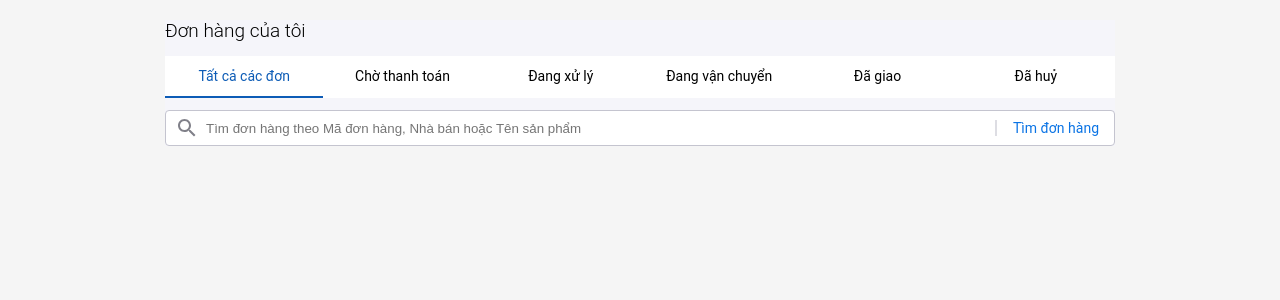
Repository: baopham2-tiki/tiki-order-listing
Page: /oderApp
These files come from the project's save history. The page is drawn as it stood at one moment and after the next save; the edit follows.
The browser window is 1280 px wide. The pictures show the whole page.
The project was rebuilt for these pictures with package versions that can differ from the ones it lists, and the page was loaded fresh each time. The framework's server and built-in components were replaced by stand-ins that run in the browser. Also part of the build but not shown: next.config.js.

Above is the page before, as saved 2022-11-10 09:06:57.

### pages/_app.tsx
import '../styles/globals.css'
import type { AppProps } from 'next/app'
import { store } from '../store'
import { Provider } from 'react-redux'

export default function App({ Component, pageProps }: AppProps) {
  return (
    <Provider store={store}>
      <Component {...pageProps} />
    </Provider>
  )
}

### pages/oderApp.tsx
import React, { useEffect } from 'react'
import styled from 'styled-components'
import OderList from '../components/OderList'

const StyledOrderApp = styled.div`
  max-width: 950px;
  margin: 0 auto;
  background-color: #f5f5fa;
`
const Heading = styled.div`
  font-size: 19px;
  line-height: 21px;
  font-weight: 300;
  margin: 20px 0px 15px;
`
const StyledTabs = styled.div`
  cursor: pointer;
  background: rgb(255, 255, 255);
  width: 100%;
  display: flex;
  flex-direction: row;
  overflow: hidden;
  position: sticky;
  top: 0px;
  z-index: 10;
  .tab-pend {
    width: 16.6667%;
    padding: 12px 0px;
    text-align: center;
  }
  .tab-pend.active {
    border-bottom: 2px solid rgb(13, 92, 182);
    color: rgb(13, 92, 182);
  }
`

const StyledInput = styled.div`
  width: 100%;
  position: relative;
  margin: 12px 0px;
  .icon-left {
    position: absolute;
    left: 10px;
    top: 50%;
    transform: translateY(-50%);
    width: 24px;
    height: 24px;
  }
  .input {
    padding-left: 40px !important;
    transition: border-color 0.15s ease-in-out 0s, box-shadow 0.15s ease-in-out 0s,
      -webkit-box-shadow 0.15s ease-in-out 0s;
    height: 36px;
    width: 100%;
    border-radius: 4px;
    padding: 10px 12px;
    line-height: 20px;
    outline: none;
    flex: 1 1 0%;
    border: 1px solid rgb(196, 196, 207);
  }
  .search-right {
    position: absolute;
    right: 10px;
    top: 50%;
    transform: translateY(-50%);
    color: rgb(11, 116, 229);
    padding: 0px 6px 0px 16px;
    border-left: 2px solid rgb(221, 221, 227);
    cursor: pointer;
  }
`
export default function oderApp() {
  const [activeTab, setActiveTab] = React.useState(0)
  const [search, setSearch] = React.useState('')

  useEffect(() => {
    const activeTabs = document.querySelectorAll('.tab-pend')
    console.log(activeTabs)

    activeTabs.forEach((tab) => {
      tab.addEventListener('click', () => {
        activeTabs.forEach((styledOderTabs) => {
          styledOderTabs.classList.remove('active')
        })
        tab.classList.add('active')
      })
    })
  }, [])

  return (
    <StyledOrderApp>
      <Heading>Đơn hàng của tôi</Heading>
      <StyledTabs>
        <div className="tab-pend active">Tất cả các đơn</div>
        <div className="tab-pend">Chờ thanh toán</div>
        <div className="tab-pend">Đang xử lý</div>
        <div className="tab-pend">Đang vận chuyển</div>
        <div className="tab-pend">Đã giao</div>
        <div className="tab-pend">Đã huỷ</div>
      </StyledTabs>
      <StyledInput>
        <svg
          stroke="currentColor"
          fill="currentColor"
          stroke-width="0"
          viewBox="0 0 24 24"
          color="#808089"
          className="icon-left"
          height="1em"
          width="1em"
          xmlns="http://www.w3.org/2000/svg"
        >
          <path d="M15.5 14h-.79l-.28-.27C15.41 12.59 16 11.11 16 9.5 16 5.91 13.09 3 9.5 3S3 5.91 3 9.5 5.91 16 9.5 16c1.61 0 3.09-.59 4.23-1.57l.27.28v.79l5 4.99L20.49 19l-4.99-5zm-6 0C7.01 14 5 11.99 5 9.5S7.01 5 9.5 5 14 7.01 14 9.5 11.99 14 9.5 14z"></path>
        </svg>
        <input
          name="search"
          placeholder="Tìm đơn hàng theo Mã đơn hàng, Nhà bán hoặc Tên sản phẩm"
          type="search"
          className="input with-icon-left"
        ></input>
        <div className="search-right">Tìm đơn hàng</div>
      </StyledInput>
    </StyledOrderApp>
  )
}

### styles/globals.css
html,
body {
  padding: 0;
  margin: 0;
  font-family: -apple-system, BlinkMacSystemFont, Segoe UI, Roboto, Oxygen, Ubuntu, Cantarell,
    Fira Sans, Droid Sans, Helvetica Neue, sans-serif;
  background-color: #f5f5f5;
  font-family: Roboto, Helvetica, Arial, sans-serif;
  font-size: 14px;
}

a {
  color: inherit;
  text-decoration: none;
}

* {
  box-sizing: border-box;
}

@media (prefers-color-scheme: dark) {
  html {
    color-scheme: dark;
  }
  body {
    color: white;
    background: black;
  }
}

### store.ts
import { configureStore } from '@reduxjs/toolkit';
import counterReducer from './slices/counterSlice';

export const store = configureStore({
  reducer: {
    counter: counterReducer,
  },
});
// Infer the `RootState` and `AppDispatch` types from the store itself
export type RootState = ReturnType<typeof store.getState>;
// Inferred type: {posts: PostsState, comments: CommentsState, users: UsersState}
export type AppDispatch = typeof store.dispatch;

### slices/counterSlice.ts
import { createSlice } from '@reduxjs/toolkit';
import type { PayloadAction } from '@reduxjs/toolkit';

export interface CounterState {
  value: number;
}

const initialState: CounterState = {
  value: 0,
};

export const counterSlice = createSlice({
  name: 'counter',
  initialState,
  reducers: {
    increment: (state) => {
      state.value += 1;
    },
    decrement: (state) => {
      state.value -= 1;
    },
    incrementByAmount: (state, action: PayloadAction<number>) => {
      state.value += action.payload;
    },
  },
});

// Action creators are generated for each case reducer function
export const { increment, decrement, incrementByAmount } = counterSlice.actions;

export default counterSlice.reducer;

### components/OderList.jsx
import React from 'react';

const OderList = () => {
    return (
        <div>
            <h1>Order List</h1>
        </div>
    );
};

export default OderList;

After the next save:
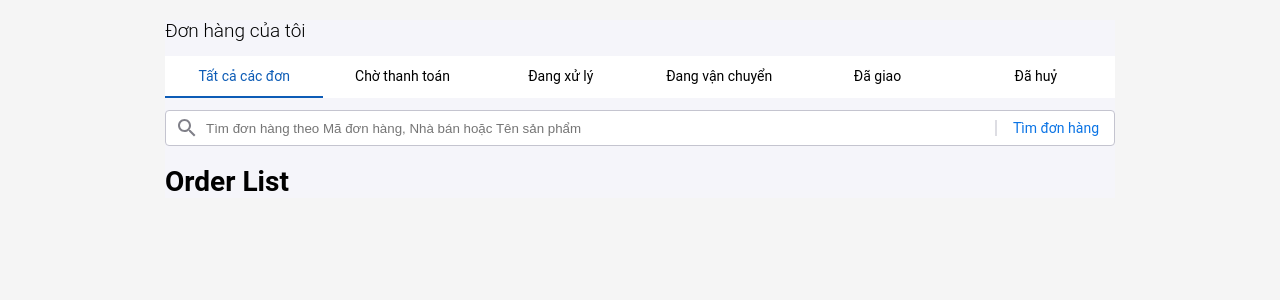
Saved 9 s later.
--- a/pages/oderApp.tsx
+++ b/pages/oderApp.tsx
@@ -121,6 +121,7 @@ export default function oderApp() {
         ></input>
         <div className="search-right">Tìm đơn hàng</div>
       </StyledInput>
+      <OderList />
     </StyledOrderApp>
   )
 }
